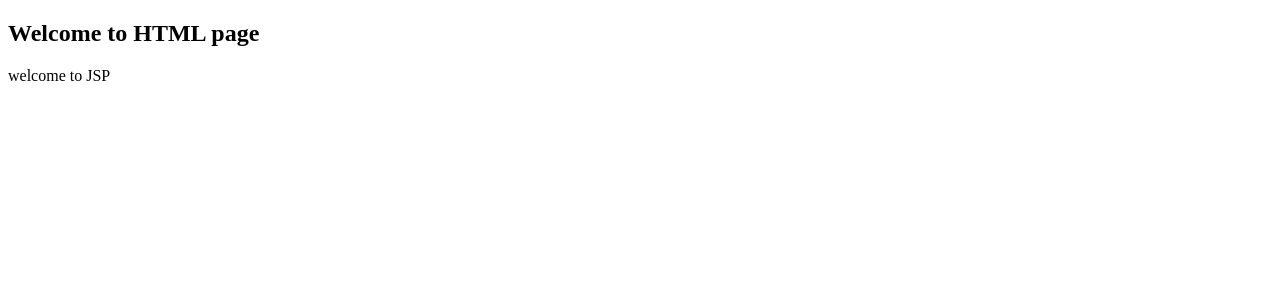
Repository: sefali123456/simpleRestApi123
Page: http://localhost/JSPSimpleapp/
The author's editor kept a copy of each file at every save. The page is drawn from the files as they stood at one save, then again after the next save.
The browser window is 1280 px wide. The pictures show the whole page.
The page is served by Tomcat 9.

Above is the page before, as saved 2023-12-09 13:57:59.

After the next save:
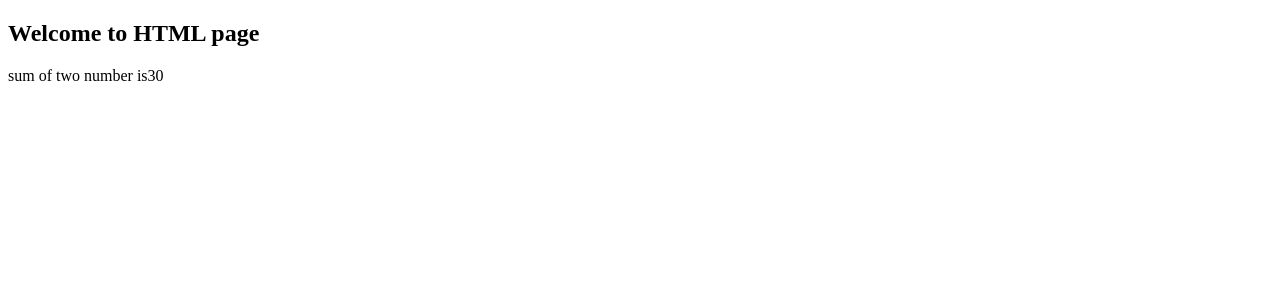
Saved 11 min 41 s later.
--- a/Servers/JSPSimpleapp/src/main/webapp/index.jsp
+++ b/Servers/JSPSimpleapp/src/main/webapp/index.jsp
@@ -8,9 +8,11 @@
 </head>
 <body>
 <h2>Welcome to HTML page</h2>
+<%!int a=10,b=20,sum; %>
 <%
+	sum=a+b;
 	System.out.println("Welcome to JSP MESSAGE ON CONSOLE");
-	out.println("welcome to JSP");
+	out.println("sum of two number is"+sum);
 %>
 </body>
 </html>
